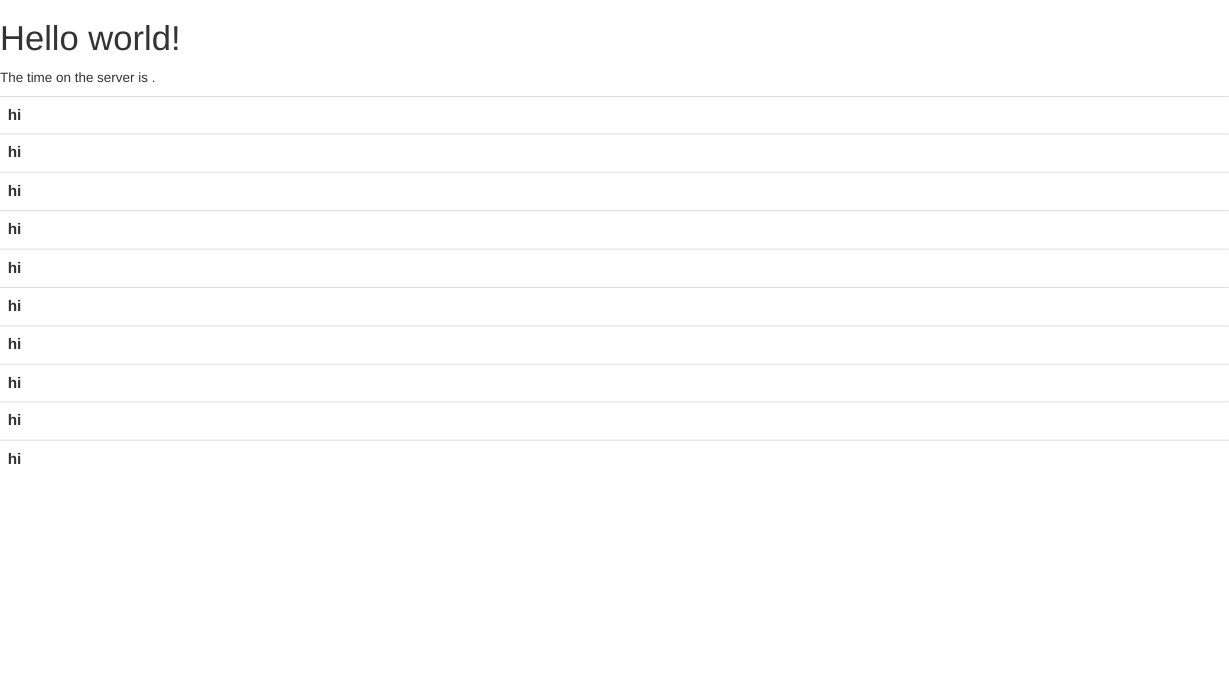
Repository: letzbegin/Study
Page: http://localhost/portfolio/WEB-INF/views/home.jsp
These files come from the project's save history. The page is drawn as it stood at one moment and after the next save; the edit follows.
The browser window is 1280 px wide. The pictures show the whole page, at 96% of full size.
The page is served by Tomcat 9. Nobody is signed in. Other server files are loaded and not shown. The template is opened directly, without the code that normally fills it, so the values that code supplies are empty.

Above is the page before, as saved 2018-10-12 03:07:00.

### pol/portfolio/src/main/webapp/WEB-INF/views/home.jsp
<%@ taglib uri="http://java.sun.com/jsp/jstl/core" prefix="c" %>
<%@ page session="false" %>
<html>
<head>
	<title>Home</title>
</head>

<link href="css/bootstrap.css" rel="stylesheet" >
<body>
<h1>
	Hello world!
</h1>

<P>  The time on the server is ${serverTime}. </P>
<table class="table">

<tr>
<th>hi</th>

</tr>
<tr>
<th>hi</th>

</tr>
<tr>
<th>hi</th>

</tr>
<tr>
<th>hi</th>

</tr>
<tr>
<th>hi</th>

</tr>
<tr>
<th>hi</th>

</tr>
<tr>
<th>hi</th>

</tr>
<tr>
<th>hi</th>

</tr>
<tr>
<th>hi</th>

</tr>
<tr>
<th>hi</th>

</tr>
</table>



</body>

</html>

Loaded but not shown: pol/portfolio/src/main/webapp/resources/css/bootstrap.css (library)

After the next save:
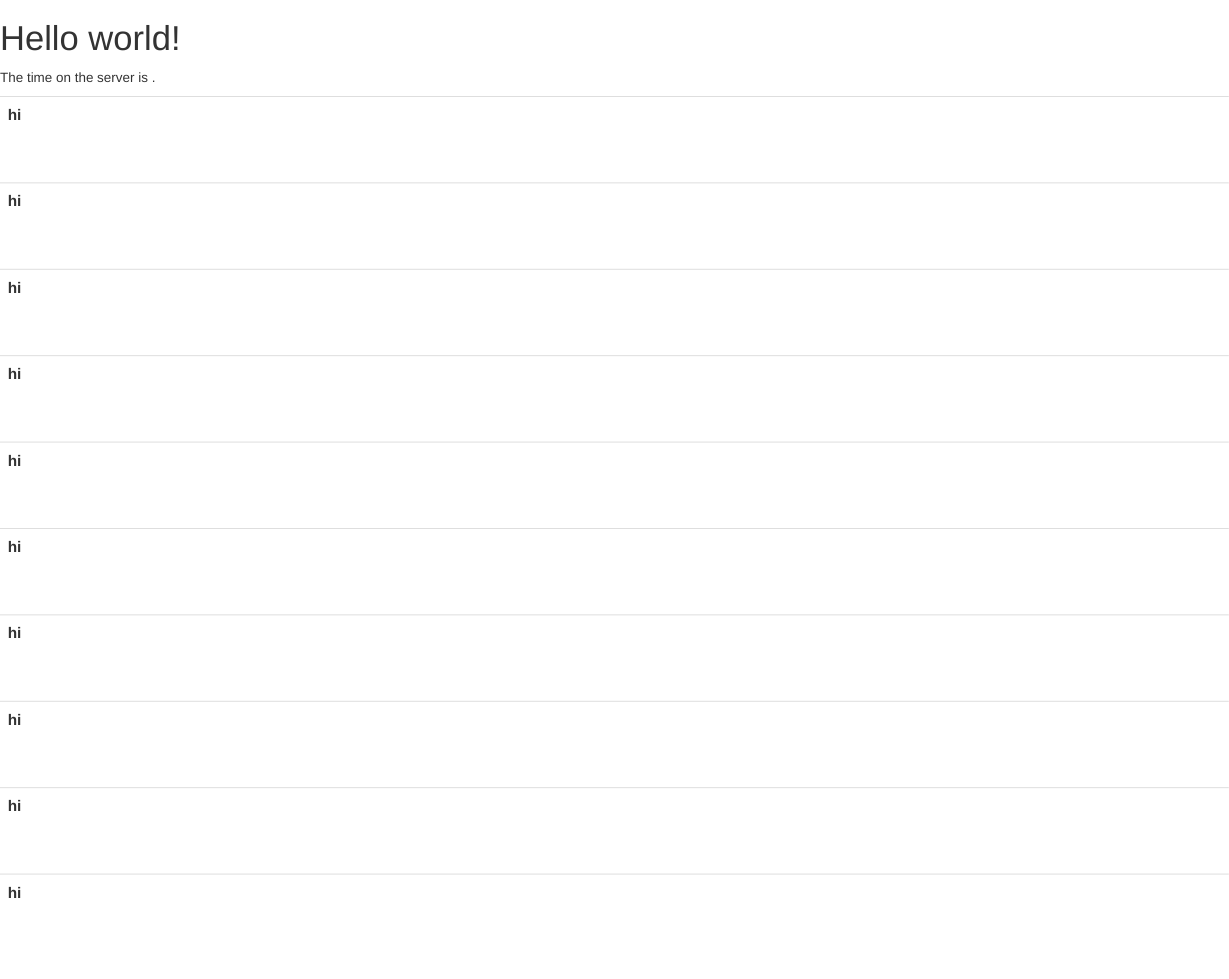
Saved 6 min 58 s later.
--- a/pol/portfolio/src/main/webapp/WEB-INF/views/home.jsp
+++ b/pol/portfolio/src/main/webapp/WEB-INF/views/home.jsp
@@ -12,7 +12,7 @@
 </h1>
 
 <P>  The time on the server is ${serverTime}. </P>
-<table class="table">
+<table class="table" style="height: 900px;">
 
 <tr>
 <th>hi</th>
